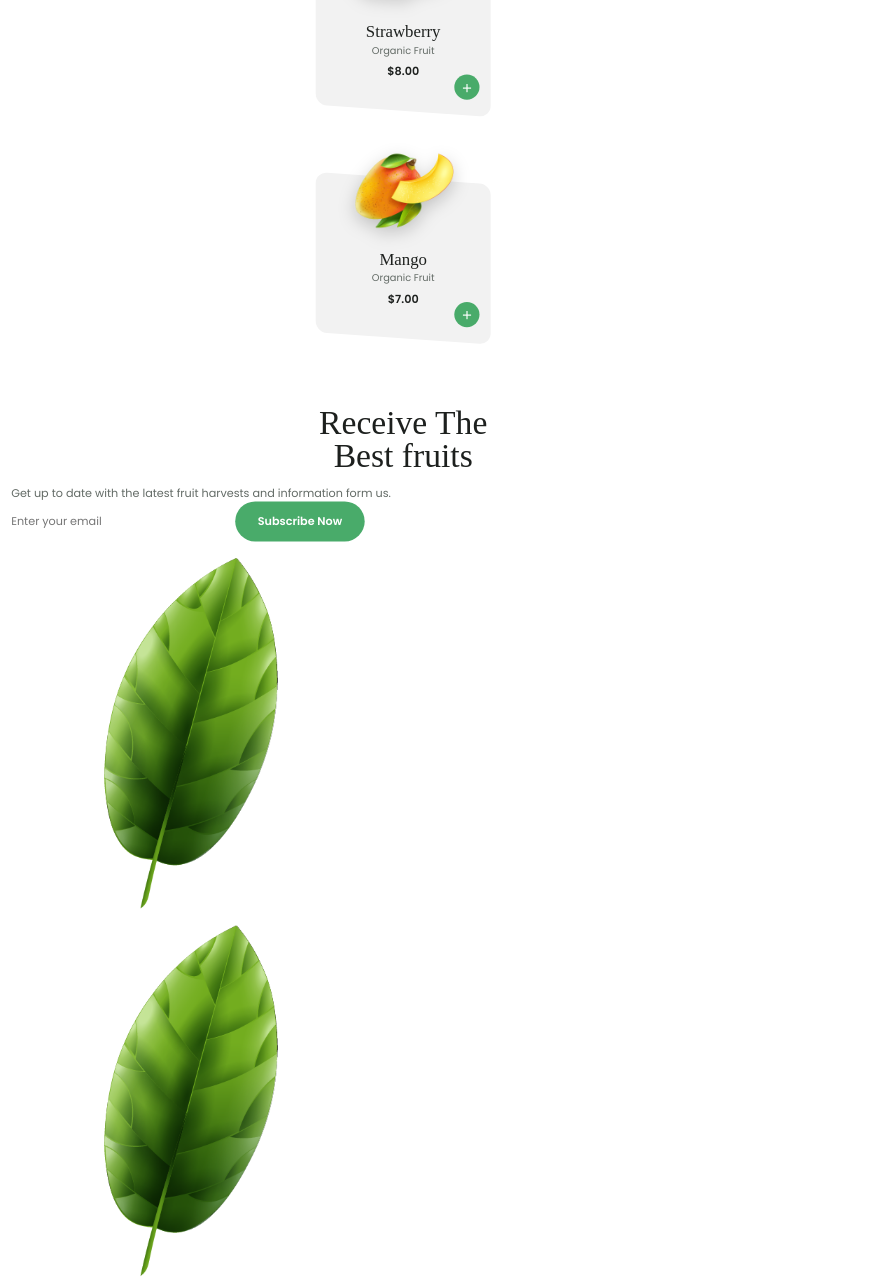
Repository: dinhhaidh/fruit
Page: index.html
These files come from the project's save history. The page is drawn as it stood at one moment and after the next save; the edit follows.
The browser window is 1280 px wide. The pictures show the part of the page from y = 4008 to 5928 px (the page is 5848 px tall before and 5928 px after), at 70% of full size.
Some web fonts or font styles are not loaded; a fallback is used.

Above is the page before, as saved 2024-02-19 09:50:40.
Console error: ReferenceError: ScrollReveal is not defined

### index.html
<!DOCTYPE html>
<html lang="en">
<head>
    <meta charset="UTF-8">
    <meta name="viewport" content="width=device-width, initial-scale=1.0">

    <!--=============== FAVICON ===============-->
    <link rel="shortcut icon" href="assets/img/favicon.png" type="image/x-icon">

    <!--=============== REMIXICONS ===============-->
    <link rel="stylesheet" href="https://cdnjs.cloudflare.com/ajax/libs/remixicon/3.5.0/remixicon.css" crossorigin="">

    <!--=============== CSS ===============-->
    <link rel="stylesheet" href="./css/style.css">

    <title>Responsive fruit website - Bedimcode</title>
</head>
<body>
    <!--==================== HEADER ====================-->
    <header class="header" id="header">
        <nav class="nav container">
            <a href="#" class="nav__logo">
                <img src="./img/logo.png" alt=""> Fruit
            </a>
            <div class="nav__menu" id="nav-menu">
                <ul class="nav__list">
                    <li class="nav__item">
                        <a href="#Home" class="nav__link">Home</a>
                    </li>
                    <li class="nav__item">
                        <a href="#enjoy" class="nav__link">About Us</a>
                    </li>
                    <li class="nav__item">
                        <a href="#popular" class="nav__link">Popular</a>
                    </li>
                    <li class="nav__item">
                        <a href="#join" class="nav__link">Join Us</a>
                    </li>
                </ul>

                <a href="#" class="nav__close" id="nav-close">
                    <i class="ri-close-line"></i>
                </a>

                <img src="./img/branch-2.png" alt="" class="nav__img-1">
                <img src="./img/fruit-line-1.png" alt="" class="nav__img-2">
            </div>

            <div class="nav__buttons">

                <i class="ri-moon-line theme__button" id="theme-button"></i>

                <div class="nav__toggle" id="nav-toggle">
                    <i class="ri-apps-2-line"></i>
                </div>
            </div>
        </nav>
    </header>

    <!--==================== MAIN ====================-->
    <main class="main">
        <!--==================== HOME ====================-->
        <section class="home section" id="home">
            <div class="home__container container grid">
                <div class="home__data">
                    <h1 class="home__title">Enjoy The <br>
                        Best Fresh <br>
                        Fruits
                    </h1>
                    <p class="home__desc">Enjoy the best organic fruits harvested with the best possible quality, obtaining unique and delicious favours</p>
                    <img src="./img/fruit-line-2.png" alt="image" class="home__fruit">
                    <a href="#" class="button">
                        Order Fruit Now
                    </a>
                </div>
                <img src="./img/home-fruits.png" alt="image" class="home__img">
            </div>
            <img src="./img/branch-2.png" alt="image" class="home__branch">
        </section>

        <!--==================== ENJOY ====================-->
        <section class="enjoy section">
            <h2 class="section__title">Eat And Enjoy</h2>
            <div class="enjoy__container container grid">
                <article class="enjoy__card">
                    <div class="enjoy__bg"></div>

                    <img src="./img/enjoy-1.png" alt="" class="enjoy__img">
                    <h3 class="enjoy__title">Healthy</h3>
                    <span class="enjoy__subtitle">Tropical Fruit</span>
                </article>
                <article class="enjoy__card">
                    <div class="enjoy__bg"></div>

                    <img src="./img/enjoy-2.png" alt="" class="enjoy__img">
                    <h3 class="enjoy__title">Healthy</h3>
                    <span class="enjoy__subtitle">Tropical Fruit</span>
                </article>
                <article class="enjoy__card">
                    <div class="enjoy__bg"></div>

                    <img src="./img/enjoy-3.png" alt="" class="enjoy__img">
                    <h3 class="enjoy__title">Healthy</h3>
                    <span class="enjoy__subtitle">Tropical Fruit</span>
                </article>
            </div>
        </section>

        <!--==================== ABOUT US ====================-->
        <section class="about section" id="about">
            <div class="about__container container grid">
                <div class="about__data">
                    <h2 class="section__title">
                        We Provide <br>
                        Healthy Fruits
                    </h2>
                    <p class="about__desc">Lorem ipsum dolor sit amet, consectetur adipisicing elit. Iusto voluptatum officia non dolores illum, hic necessitatibus sit? Sapiente, voluptatem nisi!</p>
                    <a href="#" class="button">Know More</a>
                    <img src="./img/fruit-line-1.png" alt="image" class="about__fruit">
                </div>
                <img src="./img/about-fruits.png" alt="image" class="about__img">
            </div>
            <img src="./img/branch-1.png" alt="image" class="about__branch">

        </section>

        <!--==================== POPULAR ====================-->
        <section class="popular section" id="popular">
            <h2 class="section__title">Popular Fruits</h2>
            <div class="popular__container container grid">
                <article class="popular__card">
                    <div class="popular__bg"></div>

                    <img src="./img/popular-1.png" alt="" class="popular__img">
                    <h2 class="popular__title">Apple</h2>
                    <span class="popular__subtitle">Organic Fruit</span>
                    <h3 class="popular__price">$4.00</h3>
                    <a href="#" class="popular__button button">
                        <i class="ri-add-line"></i>
                    </a>
                </article>
                <article class="popular__card">
                    <div class="popular__bg"></div>

                    <img src="./img/popular-2.png" alt="" class="popular__img">
                    <h2 class="popular__title">Watermelon</h2>
                    <span class="popular__subtitle">Organic Fruit</span>
                    <h3 class="popular__price">$7.00</h3>
                    <a href="#" class="popular__button button">
                        <i class="ri-add-line"></i>
                    </a>
                </article>

                <article class="popular__card">
                    <div class="popular__bg"></div>

                    <img src="./img/popular-3.png" alt="" class="popular__img">
                    <h2 class="popular__title">Pineapple</h2>
                    <span class="popular__subtitle">Organic Fruit</span>
                    <h3 class="popular__price">$5.00</h3>
                    <a href="#" class="popular__button button">
                        <i class="ri-add-line"></i>
                    </a>
                </article>

                <article class="popular__card">
                    <div class="popular__bg"></div>

                    <img src="./img/popular-4.png" alt="" class="popular__img">
                    <h2 class="popular__title">Banana</h2>
                    <span class="popular__subtitle">Organic Fruit</span>
                    <h3 class="popular__price">$3.00</h3>
                    <a href="#" class="popular__button button">
                        <i class="ri-add-line"></i>
                    </a>
                </article>

                <article class="popular__card">
                    <div class="popular__bg"></div>

                    <img src="./img/popular-5.png" alt="" class="popular__img">
                    <h2 class="popular__title">Strawberry</h2>
                    <span class="popular__subtitle">Organic Fruit</span>
                    <h3 class="popular__price">$8.00</h3>
                    <a href="#" class="popular__button button">
                        <i class="ri-add-line"></i>
                    </a>
                </article>

                <article class="popular__card">
                    <div class="popular__bg"></div>

                    <img src="./img/popular-6.png" alt="" class="popular__img">
                    <h2 class="popular__title">Mango</h2>
                    <span class="popular__subtitle">Organic Fruit</span>
                    <h3 class="popular__price">$7.00</h3>
                    <a href="#" class="popular__button button">
                        <i class="ri-add-line"></i>
                    </a>
                </article>

            </div>
        </section>

        <!--==================== JOIN US ====================-->
        <section class="join section" id="join">
            <div class="join__container container grid">
                <div class="join__content grid">
                    <div class="join__data">
                        <h2 class="section__title">Receive The <br>
                            Best fruits</h2>
                            <p class="join__desc">
                                Get up to date with the latest fruit harvests and information form us.
                            </p>
                            <form action="">
                                <input type="email" placeholder="Enter your email" class="join__input">
                                <a href="#" class="join__button button">Subscribe Now</a>
                            </form>
                    </div>
                </div>
                <img src="./img/leaf.png" alt="" class="join__img-1">
                <img src="./img/leaf.png" alt="" class="join__img-2">
            </div>

        </section>
    </main>

    <!--==================== FOOTER ====================-->
    <footer class="footer">

    </footer>

    <!--========== SCROLL UP ==========-->


    <!--=============== SCROLLREVEAL ===============-->
    <script src=""></script>

    <script src="https://code.jquery.com/jquery-3.7.1.slim.min.js"></script>

    <!--=============== MAIN JS ===============-->
    <script src="./js/main.js"></script>
</body>
</html>

### css/style.css
/*=============== GOOGLE FONTS ===============*/
@import url("https://fonts.googleapis.com/css2?family=Cherry+Bomb+One&family=Poppins:wght@400;500;600&display=swap");

/*=============== VARIABLES CSS ===============*/
:root {
  --header-height: 3.5rem;

  /*========== Colors ==========*/
  /*Color mode HSL(hue, saturation, lightness)*/
  --first-color: hsl(140, 40%, 48%);
  --first-color-alt: hsl(140, 40%, 44%);
  --title-color: hsl(140, 4%, 12%);
  --text-color: hsl(140, 4%, 40%);
  --text-color-light: hsl(140, 4%, 64%);
  --white-color: hsl(0, 0%, 100%);
  --body-color: hsl(0, 0%, 100%);
  --container-color: hsl(0, 0%, 95%);
  --shadow-img: drop-shadow(0 8px 12px hsla(0, 0%, 0%, .2));
  --filter-img: invert(1);

  /*========== Font and typography ==========*/
  /*.5rem = 8px | 1rem = 16px ...*/
  --body-font: "Poppins", sans-serif;
  --second-font: "Cherry Bomb One", cursive;
  --biggest-font-size: 3rem;
  --big-font-size: 2rem;
  --h1-font-size: 1.5rem;
  --h2-font-size: 1.25rem;
  --h3-font-size: 1rem;
  --normal-font-size: .938rem;
  --small-font-size: .813rem;

  /*========== Font weight ==========*/
  --font-regular: 400;
  --font-medium: 500;
  --font-semi-bold: 600;

  /*========== z index ==========*/
  --z-tooltip: 10;
  --z-fixed: 100;
}

/*========== Responsive typography ==========*/
@media screen and (min-width: 1150px) {
  :root {
    --biggest-font-size: 5.5rem;
    --big-font-size: 3rem;
    --h1-font-size: 2.25rem;
    --h2-font-size: 1.5rem;
    --h3-font-size: 1.25rem;
    --normal-font-size: 1rem;
    --small-font-size: .875rem;
  }
}

/*=============== BASE ===============*/
* {
  box-sizing: border-box;
  padding: 0;
  margin: 0;
}

html {
  scroll-behavior: smooth;
}

body,
input,
button {
  font-family: var(--body-font);
  font-size: var(--normal-font-size);
}

body {
  background-color: var(--body-color);
  color: var(--text-color);
  transition: background-color .4s;
}

input,
button {
  border: none;
  outline: none;
}

h1, h2, h3, h4 {
  color: var(--title-color);
  font-weight: var(--font-medium);
  line-height: 100%;
}

ul {
  list-style: none;
}

a {
  text-decoration: none;
}

img {
  display: block;
  max-width: 100%;
  height: auto;
}

/*=============== THEME ===============*/


/*========== Variables Dark Theme ==========*/



/*==========
	Color changes in some parts of
	the website, in dark theme
==========*/


/*=============== REUSABLE CSS CLASSES ===============*/
.container {
  max-width: 1120px;
  margin-inline: 1.5rem;
}

.grid {
  display: grid;
  gap: 1.5rem;
}

.section {
  padding-block: 5rem 1rem;
}

.section__title {
  font-size: var(--big-font-size);
  font-family: var(--second-font);
  text-align: center;
  margin-bottom: 1rem;
}

.main {
  overflow: hidden; /* For animation ScrollReveal */
}

/*=============== HEADER & NAV ===============*/
.header{
    position: fixed;
    width: 100%;
    top: 0;
    left: 0;
    background-color: var(--body-color);
    z-index: var(--z-fixed);
    transition: box-shadow .4s, background-color .4s;
}
.nav{
    height: var(--header-height);
    display:flex;
    align-items: center;
    justify-content: space-between;
}
.nav__close,
.nav__toggle,
.nav__logo{
    display:flex;
    align-items: center;
    justify-content: center;
    color: var(--title-color);
}
.nav__logo{
    column-gap: 0.25rem;
    font-family: var(--second-font);
    font-size: var(--h3-font-size);
}
.nav__logo img {
    width: 1.25rem;
}
.nav__link{
    color: var(--title-color);
    font-weight: var(--font-semi-bold);
    transition: color .4s;
}
.nav__link:hover{
    color: var(--first-color);
}
.nav__buttons{
    display: flex;
    column-gap: 1rem;
}

/* Navigation for mobile devices */
@media screen and (max-width: 1150px) {
    .nav__menu{
        position: fixed;
        width: 100%;
        top: -100%;
        left: 0;
        background-color: var(--body-color);
        box-shadow:  0 2px 16px hsla(0, 0%, 0%, .1);
        z-index: var(--z-fixed);
        padding-block: 4.5rem;
        transition: top .4s;
    }
    .nav__close{
        position: absolute;
        top: 1.2rem;
        right: 1.5rem;
    }
    .nav__list{
        display: flex;
        flex-direction: column;
        row-gap: 2.5rem;
        text-align: center;
    }
    .nav__img-1,
    .nav__img-2{
        position: absolute;
        filter: var(--filter-img);
    }
    .nav__img-1{
        top: -2.5rem;
        width: 150px;
        rotate: 180deg;
        left: -3.5rem;
    }
    .nav__img-2{
        width: 50px;
        bottom: 2.5rem;
        right: 2.5rem;
    }
}


/* Show menu */
.show-menu{
    top: 0;
}

/* Add shadow header */


/* Active link */


/*=============== HOME ===============*/
.home{
    position: relative;
}

.container{
    margin-inline: 1rem;
}

.home__container {
    padding-top: 2.5rem;
    row-gap: 2rem;
}
.home__data{
    position: relative;
    text-align: center;
}
.home__title{
    font-size: var(--biggest-font-size);
    font-family: var(--second-font);
    margin-bottom: 1rem;
}
.home__desc{
    margin-bottom: 2rem;
}
.button{
    display: inline-block;
    background-color: var(--first-color);
    color: var(--white-color);
    padding: 1rem 2rem;
    border-radius: 4rem;
    font-weight: var(--font-semi-bold);
    transition: box-shadow .4s;
}
.button:hover{
    box-shadow: 0 8px 24px hsla(140, 40%, 48%, .3);
}
.home__fruit,
.home__branch{
    position: absolute;
    filter: var(--filter-img);

}
.home__fruit{
    width: 40px;
    top: 6.75rem;
    left: 1rem;
}
.home__img{
    width: 320px;
    justify-self: center;
    filter: var(--shadow-img);
}
.home__branch{
    width: 120px;
    right: -3rem;
    bottom: 15rem;
}

/*=============== BUTTON ===============*/


/*=============== ENJOY ===============*/
.enjoy{

}

.enjoy__container{

}

.enjoy__card{
    position: relative;
    text-align: center;
    padding: 1.5rem 2.5rem;
}
.enjoy__bg{
    background-color: var(--container-color);
    width: 100%;
    height: 100%;
    position: absolute;
    top: 0;
    left: 0;
    border-radius: 1rem;
    transform: skew(4deg);
    transition: background-color .4s;
    z-index: -1;
}
.enjoy__img{
    width: 120px;
    margin: 0 auto;
    filter: var(--shadow-img);
    transition: transform .4s;
}
.enjoy__img:hover{
    transform: translateX(-.25rem);
}
.enjoy__title{
    font-family: var(--second-font);
    font-size: var(--h1-font-size);
    margin-bottom: 0.25rem;
}
.enjoy__subtitle{
    font-size: var(--small-font-size);
}

/*=============== ABOUT ===============*/
.about{
    position: relative;
}

.about__data{
    position: relative;
    text-align: center;
}

.about__desc{
    margin-bottom: 2rem;
}

.about__fruit,
.about__branch{
    position: absolute;
    filter: var(--filter-img);

}
.about__fruit{
    bottom: 2rem;
    right: 1rem;
    width: 40px;
}
.about__img{
    box-shadow: var(--shadow-img);
    width: 320px;
    justify-self: center;
}
.about__branch{
    width: 120px;
    bottom: 15rem;
    rotate: 60deg;
    left: -3.5rem;
}

/*=============== POPULAR ===============*/
.popular{

}

.popular__container{
    padding-top: 6rem;
    grid-template-columns: 250px;
    justify-content: center;
    row-gap: 6rem;
}

.popular__card{
    position: relative;
    text-align: center;
    padding-block: 6.5rem 3rem;
}
.popular__bg{
    width: 100%;
    height: 100%;
    position: absolute;
    top: 0;
    left: 0;
    background-color: var(--container-color);
    z-index: -1;
    transform: skewY(4deg);
    border-radius: 1rem;
    transition: background-color .4s;
}
.popular__img{
    margin: 0 auto 0.75rem;
    width: 150px;
    position: absolute;
    top: -4rem;
    left: 0;
    right: 0;
    filter: var(--shadow-img);
    transition: .4s;
}
.popular__title{
    font-size: var(--h2-font-size);
    font-family: var(--second-font);
    margin-bottom: 0.25rem;
}
.popular__subtitle{
    margin-bottom: 0.75rem;
    display: block;
    font-size: var(--small-font-size);
}
.popular__price{
    font-size: var(--normal-font-size);
    font-weight: var(--font-semi-bold);
}
.popular__button{
    width: 36px;
    height: 36px;
    padding: 8px;
    color: var(--white-color);
    place-items: center;
    font-size: 1.25rem;
    cursor: pointer;
    display: grid;
    font-weight: inherit;
    position: absolute;
    right: 1rem;
    bottom: 1rem;
}



/*=============== JOIN ===============*/
.join{

}
.section{

}
.join__container{

}
.container{

}
.grid{

}
.join__content{
    position: relative;

}
.join__data{

}

.join__desc{

}
.join__input{

}
.join__button{

}
.button{

}
.join__img-1,
.join__img-2{
    /* position: absolute; */
}
.join__img-1{

}
.join__img-2{

}

/*=============== FOOTER ===============*/


/*=============== SCROLL BAR ===============*/


/*=============== SCROLL UP ===============*/


/* Show Scroll Up */


/*=============== BREAKPOINTS ===============*/
/* For small devices */


/* For medium devices */


/* For large devices */

### js/main.js
$(document).ready(function () {
  $("#nav-toggle").click(function(){
    $("#nav-menu").addClass("show-menu");
  });
  $("#nav-close").click(function(){
    $("#nav-menu").removeClass("show-menu");
  });
  $("#nav__link").click(function(){
    $('.active-link').removeClass("show-menu");
  });

  // khi kích vào nav__link nó sẽ ẳn đi
  $('.nav__item a').click(function(){
    $("#nav-menu").removeClass("show-menu");
  });
  //
  $(window).scroll(function(){
    $("#header").toggleClass("shadow-header", $(this).scrollTop() >= 50);
    $("#scroll-up").toggleClass("show-scroll", $(this).scrollTop() >= 350);

    // // active-link //
    // $('.active-link').addClass('nav__menu');

    /*=============== SCROLL SECTIONS ACTIVE LINK ===============*/
const sections = document.querySelectorAll('section[id]')

const scrollActive = () =>{
  	const scrollDown = window.scrollY

	sections.forEach(current =>{
		const sectionHeight = current.offsetHeight,
            sectionTop = current.offsetTop - 58,
            sectionId = current.getAttribute('id'),
            sectionsClass = document.querySelector('.nav__menu a[href*=' + sectionId + ']')

		if(scrollDown > sectionTop && scrollDown <= sectionTop + sectionHeight){
			sectionsClass.classList.add('active-link')
		}else{
			sectionsClass.classList.remove('active-link')
		}
	})
}
window.addEventListener('scroll', scrollActive)
  });
});


// dark-theme
$(document).ready( function(){
  $('#theme-button').click( function () {
      $('body').toggleClass('dark-theme');
      $('.ri-moon-line').toggleClass('ri-sun-line');
  });
});
//

/*=============== SCROLL REVEAL ANIMATION ===============*/
const sr = ScrollReveal({
  origin: 'top',
  distance: '60px',
  duration: 2500,
  delay: 400,
  // reset: true
})
sr.reveal(`.home__data, .join__container, .footer__container`) //hiệu ứng trên xuống
sr.reveal(`.home__img`,{origin: 'bottom'})
sr.reveal(`.enjoy__card, .popular__card`,{interval: 100}) //hiệu ứng trêm xuống lần lần từng giây
sr.reveal(`.about__data`,{origin: 'right'})
sr.reveal(`.about__img`,{origin: 'left'})

After the next save:
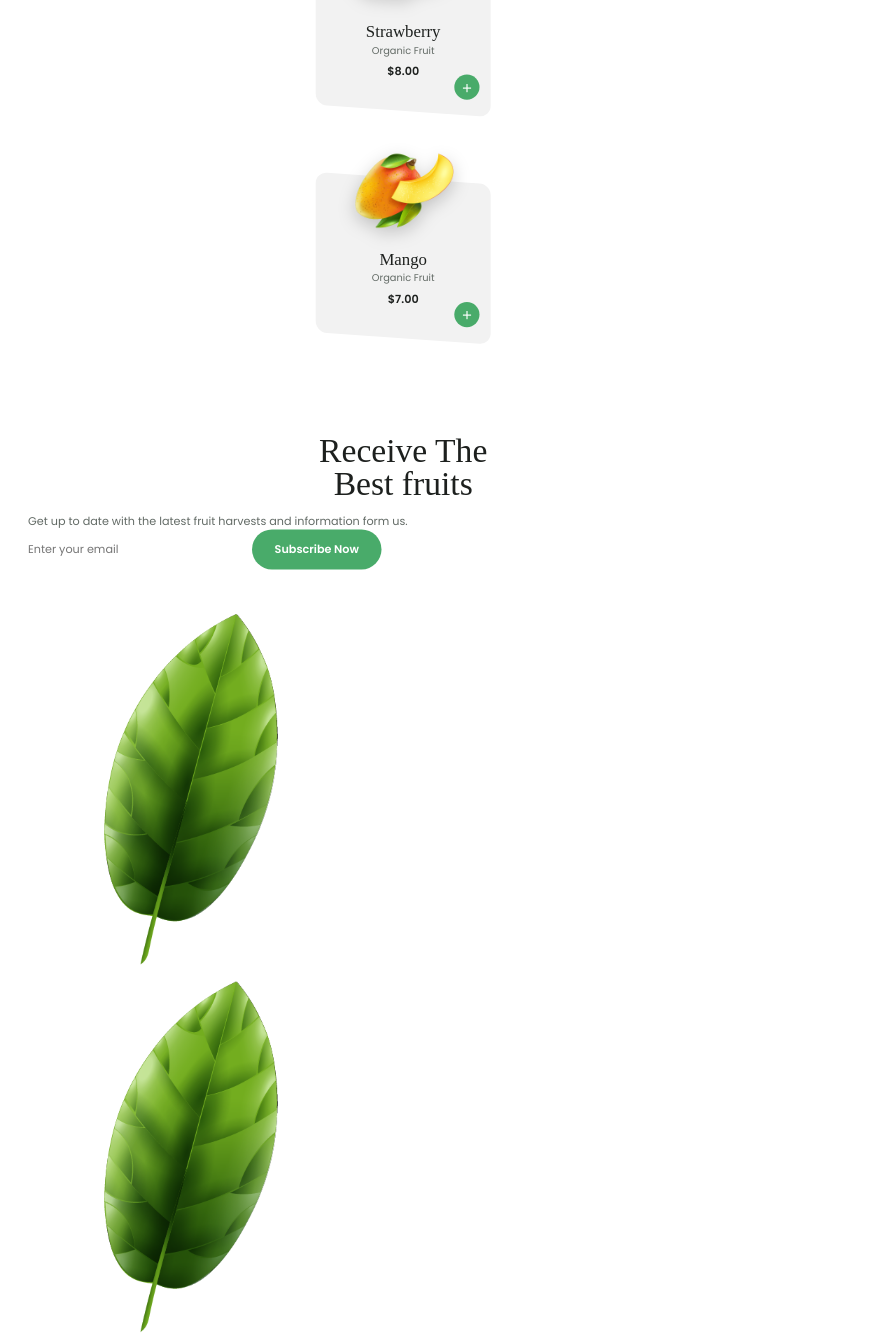
Saved 8 s later.
--- a/css/style.css
+++ b/css/style.css
@@ -472,7 +472,7 @@ img {
 }
 .join__content{
     position: relative;
-
+    padding: 2.5rem 1.5rem;
 }
 .join__data{
 
